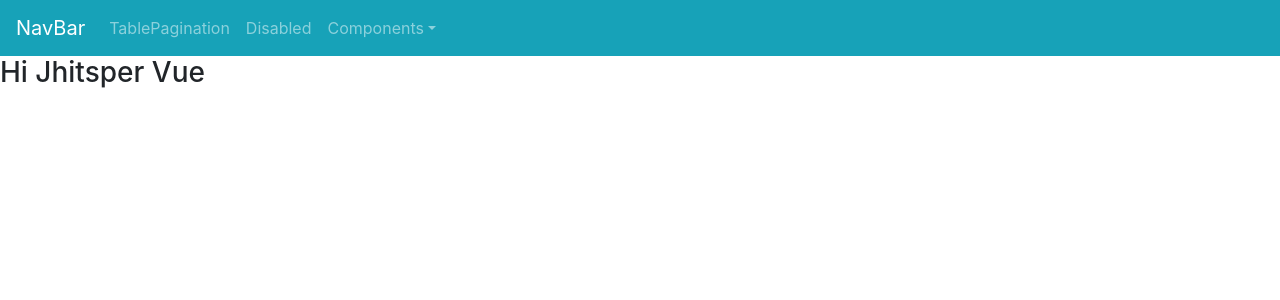
Repository: iian0910/bootstrapVue-demo
Page: /
The author's editor kept a copy of each file at every save. The page is drawn from the files as they stood at one save, then again after the next save.
The browser window is 1280 px wide. The pictures show the whole page.
The project was rebuilt for these pictures with package versions that can differ from the ones it lists, and the page was loaded fresh each time.

Above is the page before, as saved 2021-04-26 14:37:28.

### src/main.ts
import axios from 'axios'
import { BootstrapVue, IconsPlugin } from 'bootstrap-vue'
import 'bootstrap-vue/dist/bootstrap-vue.css'
// Import Bootstrap an BootstrapVue CSS files (order is important)
import 'bootstrap/dist/css/bootstrap.css'
import Vue from 'vue'
import VueAxios from 'vue-axios'
import App from './App.vue'
import router from './router'

// Make BootstrapVue available throughout your project
Vue.use(BootstrapVue)
// Optionally install the BootstrapVue icon components plugin
Vue.use(IconsPlugin)
Vue.use(VueAxios, axios)

Vue.config.productionTip = false

new Vue({
  router,
  render: h => h(App)
}).$mount('#app')

### src/App.vue
<template>
  <div id="app">
  <Main/>
  </div>
</template>

<script lang="ts">
import { Component, Vue } from 'vue-property-decorator'
import Main from './pages/Main.vue'

@Component({
  components: {
    Main
  }
})
export default class App extends Vue {}
</script>

<style lang="scss">

</style>

### src/router/index.ts
import Vue from 'vue'
import VueRouter from 'vue-router'

Vue.use(VueRouter)

const routes = [
  {
    path: '/',
    name: 'Home',
    component: () => import('../pages/Index.vue')
  },
  {
    path: '/tablePagination',
    name: 'TablePagination',
    component: () => import('../components/TablePagination.vue')
  }
]

const router = new VueRouter({
  routes
})

export default router

### src/pages/Main.vue
<template>
  <div>
    <Navbar/>
    <router-view></router-view>
  </div>
</template>
<script lang="ts">
import { Component, Vue } from 'vue-property-decorator'
import Navbar from '../components/Navbar.vue'

@Component({
  components: {
    Navbar
  }
})
export default class Main extends Vue {

}
</script>
<style lang="scss">

</style>

### src/pages/Index.vue
<template>
  <div>
    <h3>Hi Jhitsper Vue</h3>
  </div>
</template>
<script lang="ts">
import { Component, Vue } from 'vue-property-decorator'

@Component({
  components: {}
})
export default class Index extends Vue {

}
</script>
<style lang="scss">

</style>

### src/components/Navbar.vue
<template>
  <div>
    <b-navbar toggleable="lg" type="dark" variant="info">
      <b-navbar-brand to="/">NavBar</b-navbar-brand>

      <b-navbar-toggle target="nav-collapse"></b-navbar-toggle>

      <b-collapse id="nav-collapse" is-nav>
        <b-navbar-nav>
          <b-nav-item to="/tablePagination">TablePagination</b-nav-item>
          <b-nav-item href="#">Disabled</b-nav-item>
          <b-nav-item-dropdown text="Components" right>
            <b-dropdown-item href="#">EN</b-dropdown-item>
            <b-dropdown-item href="#">ES</b-dropdown-item>
            <b-dropdown-item href="#">RU</b-dropdown-item>
            <b-dropdown-item href="#">FA</b-dropdown-item>
          </b-nav-item-dropdown>
        </b-navbar-nav>
      </b-collapse>
    </b-navbar>
  </div>
</template>

<script lang="ts">
import { Component, Vue } from 'vue-property-decorator'

// Component 宣告在最前面
@Component({
  components: {

  }
})

export default class Navbar extends Vue {

}
</script>

Loaded but not shown: public/index.html (common file)

After the next save:
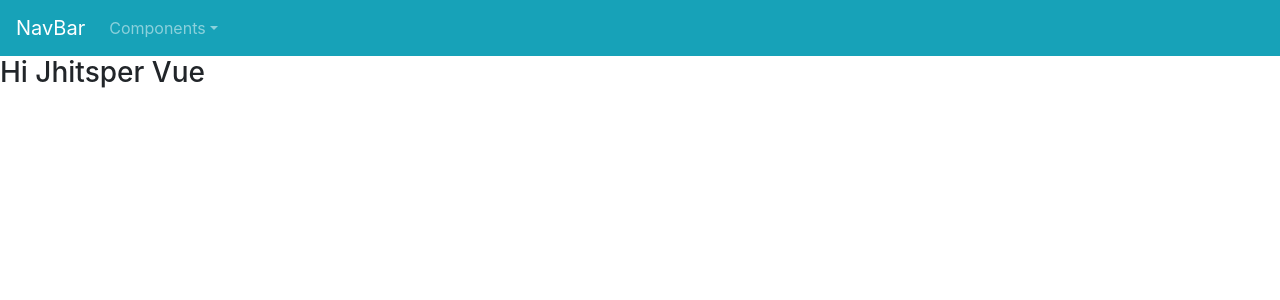
Saved 64 s later.
--- a/src/components/Navbar.vue
+++ b/src/components/Navbar.vue
@@ -7,13 +7,8 @@
 
       <b-collapse id="nav-collapse" is-nav>
         <b-navbar-nav>
-          <b-nav-item to="/tablePagination">TablePagination</b-nav-item>
-          <b-nav-item href="#">Disabled</b-nav-item>
           <b-nav-item-dropdown text="Components" right>
-            <b-dropdown-item href="#">EN</b-dropdown-item>
-            <b-dropdown-item href="#">ES</b-dropdown-item>
-            <b-dropdown-item href="#">RU</b-dropdown-item>
-            <b-dropdown-item href="#">FA</b-dropdown-item>
+            <b-nav-item to="/tablePagination">TablePagination</b-nav-item>
           </b-nav-item-dropdown>
         </b-navbar-nav>
       </b-collapse>
